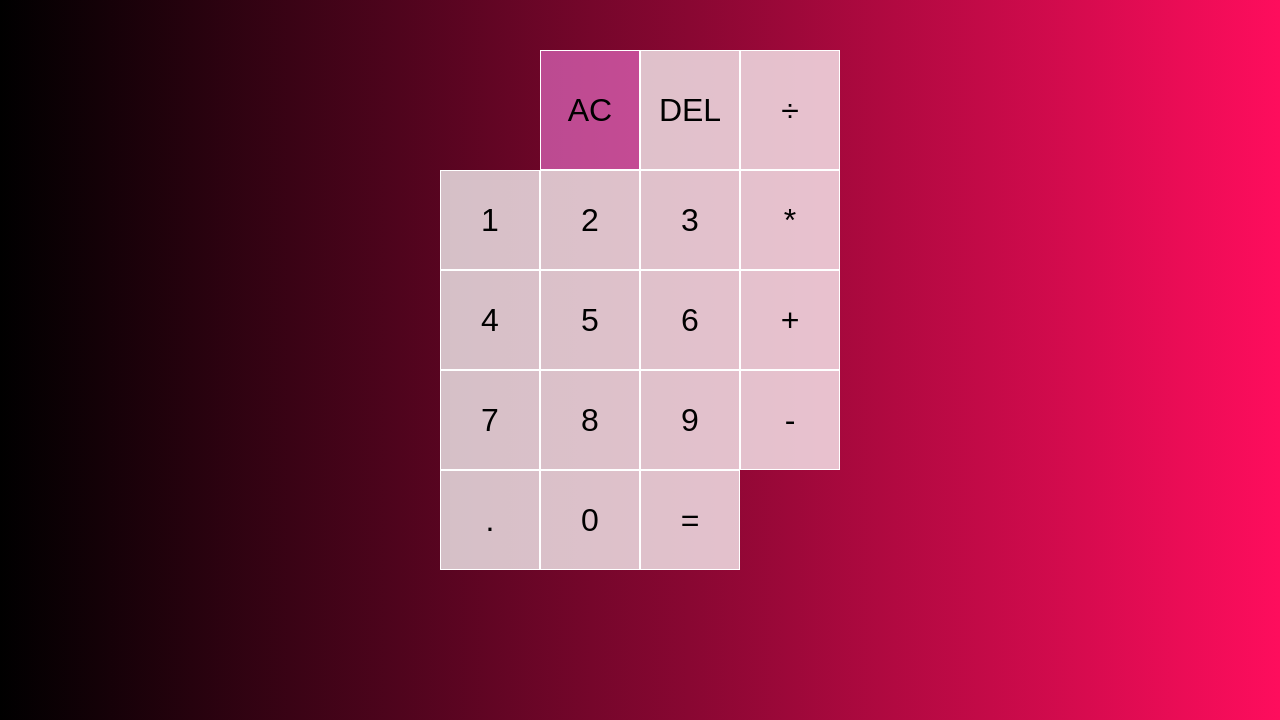
Repository: burntaftermint/calculator
Page: index.html
The author's editor kept a copy of each file at every save. The page is drawn from the files as they stood at one save, then again after the next save.
The browser window is 1280 px wide. The pictures show the whole page.
The pointer rests on the first visible `.calculator-grid > button`.

Above is the page before, as saved 2023-11-01 02:36:58.

### index.html
<!DOCTYPE html>
<html lang="en">
<head>
    <meta charset="UTF-8">
    <meta name="viewport" content="width=device-width, initial-scale=1.0">
    <title>Calculator</title>
    <link href="styles.css" rel="stylesheet">
    <script src="script.js" defer></script>
</head>
<body>
    <div class="calculator-grid">
        <div class="output">
            <div class="previous-operand"></div>
                <div class="current-operand"></div>
        </div>
        <button class="span-two">AC</button>
        <button>DEL</button>
        <button>÷</button>
        <button>1</button>
        <button>2</button>
        <button>3</button>
        <button>*</button>
        <button>4</button>
        <button>5</button>
        <button>6</button>
        <button>+</button>
        <button>7</button>
        <button>8</button>
        <button>9</button>
        <button>-</button>
        <button>.</button>
        <button>0</button>
        <button class="span-two">=</button>

    </div>
</body>
</html>

### styles.css
*::before, *::after {
    box-sizing: border-box;
    font-family: Gotham Rounded, sans-serif;
    font-weight: normal;
}

body {
    padding: 0;
    margin: 0;
    background: linear-gradient(to right, #000000, #fe0d5d);
}

.calculator-grid {
    display: grid;
    justify-content: center;
    align-content: center;
    min-height: 100vh;
    grid-template-columns: repeat(4, 100px);
    grid-template-rows: minmax(120px, auto) repeat(5, 100px);
}

.calculator-grid > button {
    cursor: pointer;
    font-size: 2rem;
    border: 1px solid white;
    outline: none;
    background-color: rgba(255, 255, 255, .75);
}

.calculator-grid > button:hover {
    background-color: rgba(255, 133, 233, 0.544);
}

Loaded but not shown: script.js (no copy from this time; the picture is the same without it)

After the next save:
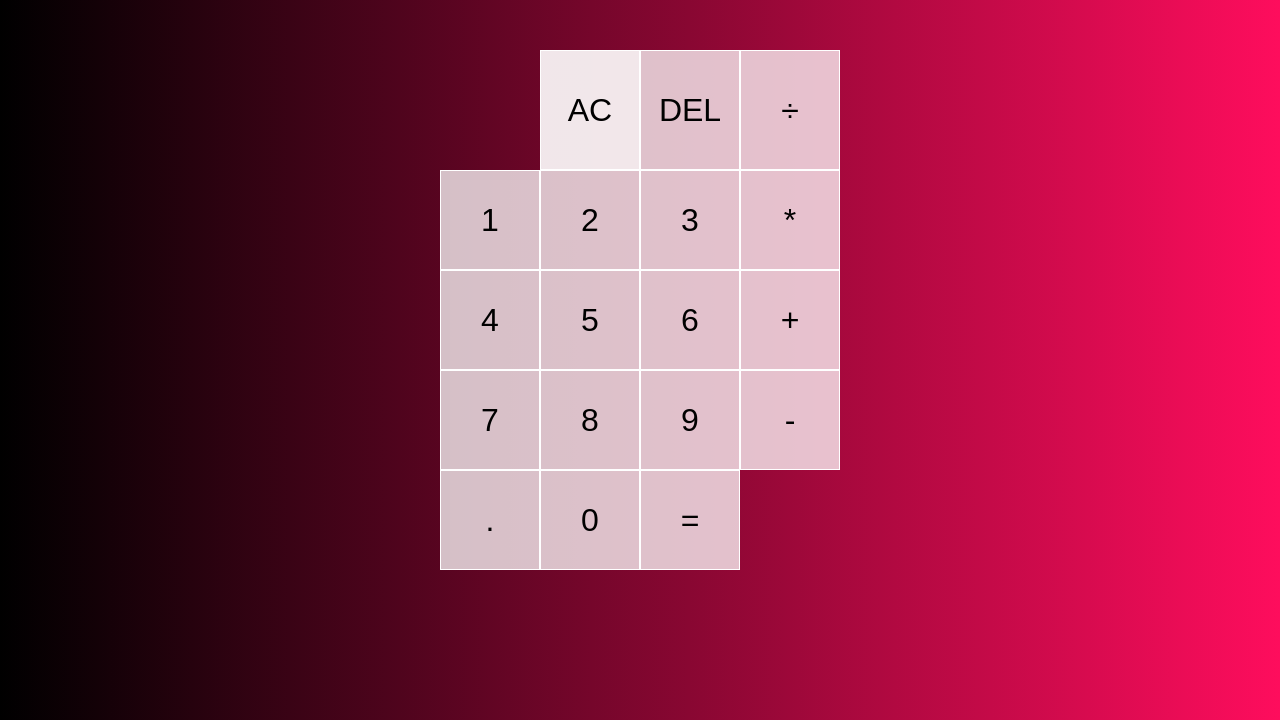
Saved 12 s later.
--- a/styles.css
+++ b/styles.css
@@ -28,5 +28,5 @@ body {
 }
 
 .calculator-grid > button:hover {
-    background-color: rgba(255, 133, 233, 0.544);
+    background-color: rgba(255, 255, 255, 0.9);
 }
